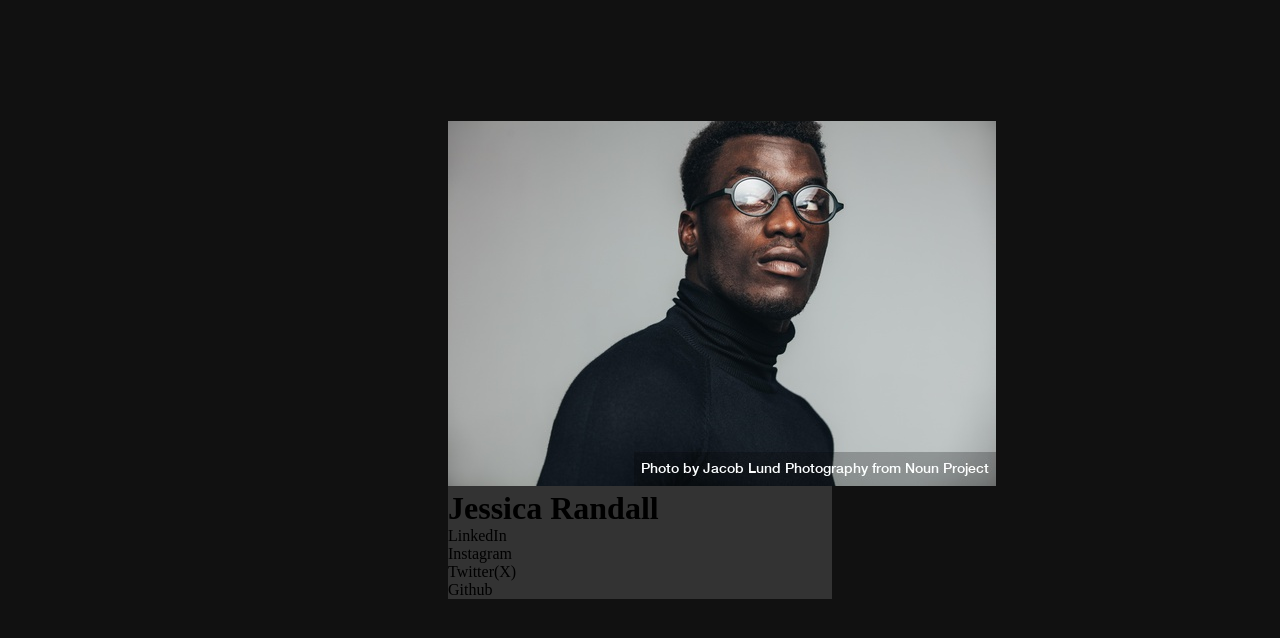
Repository: russel-success/Xcode-TASK-1
Page: index.html
The author's editor kept a copy of each file at every save. The page is drawn from the files as they stood at one save, then again after a run of saves.
The browser window is 1280 px wide. The pictures show the whole page.

Above is the page before, as saved 2024-04-29 01:03:56.

After the next 2 saves:
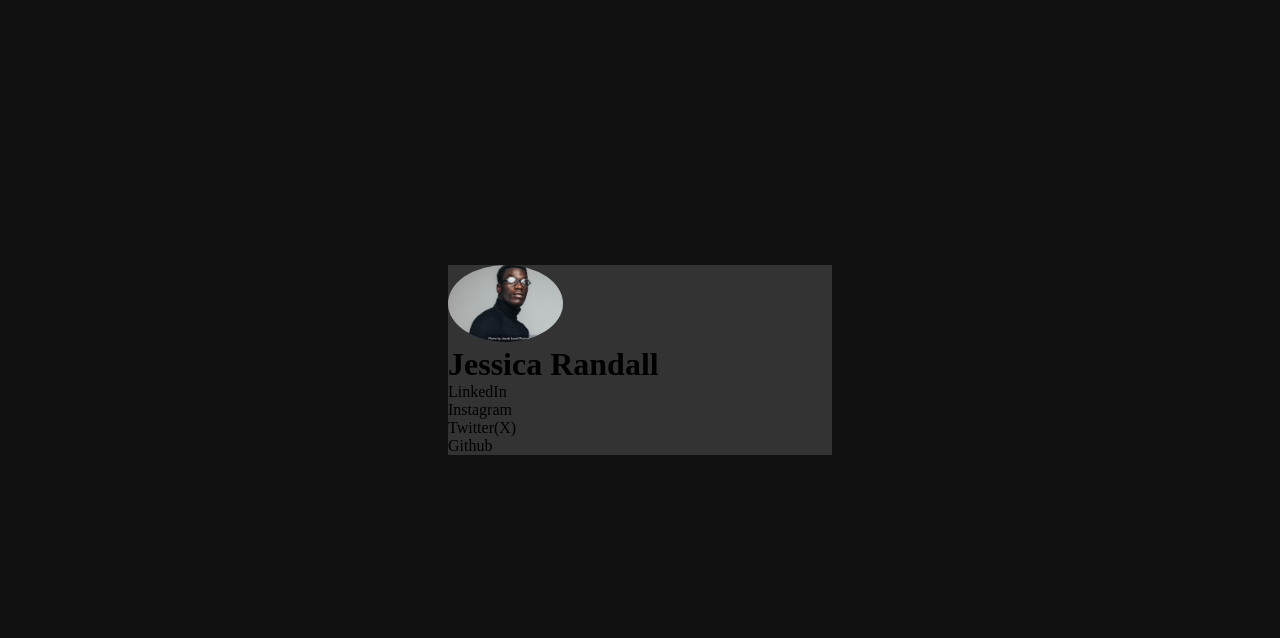
The 2 saves are shown as one change because they came seconds apart.
The last was saved 15 s later.
--- a/styles/styles.css
+++ b/styles/styles.css
@@ -19,5 +19,7 @@
 
 .profile-image{
     object-fit: contain;
-    width:
+    width:30%;
+    height:30%;
+    border-radius:50%;
 }
